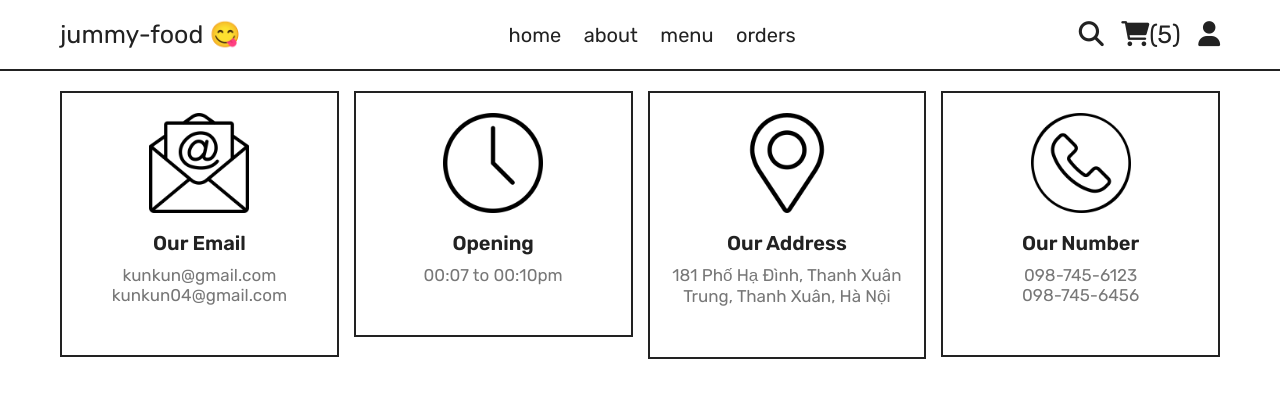
Repository: VuongLinhDinh/jummy_food
Page: home.html
These files come from the project's save history. The page is drawn as it stood at one moment and after the next save; the edit follows.
The browser window is 1280 px wide. The pictures show the whole page.
Some web libraries are served in a nearby version.

Above is the page before, as saved 2023-11-07 16:00:28.

### home.html
<!DOCTYPE html>
<html lang="en">
<head>
    <meta charset="UTF-8">
    <meta name="viewport" content="width=device-width, initial-scale=1.0">
    <title>Home</title>
    <!-- font awesome cdn link -->
    <link rel="stylesheet" href="https://cdnjs.cloudflare.com/ajax/libs/font-awesome/6.1.1/css/all.min.css">
    <!-- custom css -->
    <link rel="stylesheet" href="./css/style.css">
</head>
<body>
    <!-- header section starts  -->
    <header class="header">
        <section class="flex">
            <a href="home.html" class="logo">jummy-food 😋</a>
            <nav class="navbar">
                <a href="home.html">home</a>
                <a href="about.html">about</a>
                <a href="menu.html">menu</a>
                <a href="orders.html">orders</a>
            </nav>
            <div class="icons">
                <a href="search.html"><i class="fas fa-search"></i></a>
                <a href="cart.html"><i class="fas fa-shopping-cart"></i><span>(5)</span></a>
                <div id="user-btn" class="fas fa-user"></div>
                <div id="menu-btn" class="fas fa-bars"></div>
            </div>
            <div class="profile">
                <p class="name">Kun Aquero</p>
                <div class="flex">
                    <a href="profile.html" class="btn">profile</a>
                    <a href="#" class="delete-btn">logout</a>
                </div>
                <p class="account"><a href="login.html">login</a> or <a href="login.html">register</a></p>
            </div>
        </section>
    </header>
    <!-- header section end  -->
    <!-- footer section starts  -->
    <footer class="footer">
        <section class="grid">
            <div class="box">
                <img src="images/email-icon.png" alt="">
                <h3>our email</h3>
                <a href="mailto:kunkun@gmail.com">kunkun@gmail.com</a>
                <a href="mailto:kun04@gmail.com">kunkun04@gmail.com</a>
            </div>

            <div class="box">
                <img src="images/clock-icon.png" alt="">
                <h3>opening</h3>
                <p>00:07 to 00:10pm</p>
            </div>

            <div class="box">
                <img src="images/map-icon.png" alt="">
                <h3>our address</h3>
                <a href="#">181 Phố Hạ Đình, Thanh Xuân Trung, Thanh Xuân, Hà Nội</a>
            </div>

            <div class="box">
                <img src="images/phone-icon.png" alt="">
                <h3>our number</h3>
                <a href="tel:0987456123">098-745-6123</a>
                <a href="tel:0987456456">098-745-6456</a>
            </div>
        </section>
    </footer>
    <!-- footer section end  -->
    <!-- custom js file -->
    <script src="./js/script.js"></script>
</body>
</html>

### css/style.css
@import url('https://fonts.googleapis.com/css2?family=Nunito:wght@200;300;400;600;700&family=Rubik:wght@300;400;500;600&display=swap');
:root {
    --yellow: #fed330;
    --red: #e74c3c;
    --white: #fff;
    --black: #222;
    --light-color: #777;
    --border: .2rem solid var(--black);
}
*{
    font-family: 'Rubik', sans-serif;
    margin: 0; padding: 0;
    box-sizing: border-box;
    outline: none; border: none;
    text-decoration: none;
}
*::selection {
    background-color: var(--yellow);
    color: var(--white);
}
::-webkit-scrollbar {
    height: 0.5rem;
    width: 1rem;
}
::-webkit-scrollbar-track {
    background-color: transparent;
}
::-webkit-scrollbar-thumb {
    background-color: var(--yellow);
}
html {
    font-size:  62.5%;
    overflow-x: hidden;
    scroll-behavior: smooth;
    stop-opacity: 7rem;
}
section {
    margin: 0 auto;
    max-width: 1200px;
    padding: 2rem;
}
.btn, .delete-btn {
    margin-top: 1rem;
    display: inline-block;
    font-size: 2rem;
    padding: 1rem 3rem;
    opacity: .6;
    cursor: pointer;
}
.btn:hover, .delete-btn:hover {
    /* letter-spacing: .2rem; */
    transition:  .2s linear;
    opacity: 1;
}
.btn {
    background-color: var(--yellow);
    color: var(--black);
}
.delete-btn {
    background-color: var(--red);
    color: var(--white);
}
.header {
    position: sticky;
    top: 0; left: 0; right: 0;
    z-index: 1000;
    background-color: var(--white);
    border-bottom: var(--border);
}
.header .flex {
    display: flex;
    align-items: center;
    justify-content: space-between;
    position: relative;
}
.header .flex .logo {
    font-size: 2.5rem;
    color: var(--black);
}
.header .flex .navbar a {
    font-size: 2rem;
    color: var(--black);
    margin: 0 1rem;

}
.header .flex .navbar a:hover {
    color: var(--yellow);
    text-decoration: underline;
}
.header .flex .icons > * {
    margin-left: 1.5rem;
    font-size: 2.5rem;
    color: var(--black);
    cursor: pointer;
}
.header .flex .icons > *:hover {
    color: var(--yellow);
}
#menu-btn {
    display: none;
}
.header .flex .profile {
    background-color: var(--white);
    border: var(--border);
    padding: 1.5rem;
    text-align: center;
    position: absolute;
    top: 125%; right: 2rem;
    width: 30rem;
    display: none;
    animation: fadeIn .2s linear;
}
.header .flex .profile.active {
    display: block;
}
@keyframes fadeIn {
    0% {
        transform: translateY(1rem);
    }
}
.header .flex .profile .name {
    font-size: 2rem;
    color: var(--black);
    margin-bottom: 1rem;
}
.header .flex .profile .account {
    margin-top: 1rem;
    font-size: 2rem;
    color: var(--light-color);
}
.header .flex .profile .account a {
    color: var(--black);
}
.header .flex .profile .account a:hover {
    color: var(--yellow);
    text-decoration: underline;
}












































.footer .grid {
    display: grid;
    grid-template-columns: repeat(auto-fit, minmax(27rem, 1fr));
    gap: 1.5rem;
    align-items: flex-start;
}
.footer .grid .box {
    border: var(--border);
    padding: 2rem;
    padding-bottom: 5rem;
    text-align: center;
}
.footer .grid .box img {
    height: 10rem;
    width: 100%;
    object-fit: contain;
    margin-bottom: .5rem;
}
.footer .grid .box h3 {
    margin: 1rem 0;
    font-size: 2rem;
    color: var(--black);
    text-transform: capitalize;
}
.footer .grid .box p,
.footer .grid .box a {
    display: block;
    font-size: 1.7rem;
    color: var(--light-color);
}

/* media query  */
@media (max-width: 991px) {
    html {
        font-size: 55%;
    }
}
@media (max-width: 768px) {
    #menu-btn {
        display: inline-block;
    }
    .header .flex .navbar {
        position: absolute;
        top: 99%; left: 0; right: 0;
        border-top: var(--border);
        border-bottom: var(--border);
        background-color: var(--white);
        transition:  .2s linear;
        clip-path: polygon(0 0, 100% 0, 100% 0, 0 0);
    }
    .header .flex .navbar a {
        display: block;
        margin: 2rem;
    }
    .header .flex .navbar.active {
        clip-path: polygon(0 0, 100% 0, 100% 100%, 0 100%);
    }
}
@media (max-width: 450px) {
    html {
        font-size: 50%;
    }
    .header .flex .logo {
        font-size: 2rem;

    }
}

### js/script.js
navbar = document.querySelector('.header .flex .navbar');
document.querySelector('#menu-btn').onclick = () => {
    navbar.classList.toggle('active');
    profile.classList.remove('active');
}
profile = document.querySelector('.header .flex .profile');
document.querySelector('#user-btn').onclick = () => {
    profile.classList.toggle('active');
    navbar.classList.remove('active');
}
window.onscroll = () => {
    navbar.classList.remove('active');
    profile.classList.remove('active');
}

After the next save:
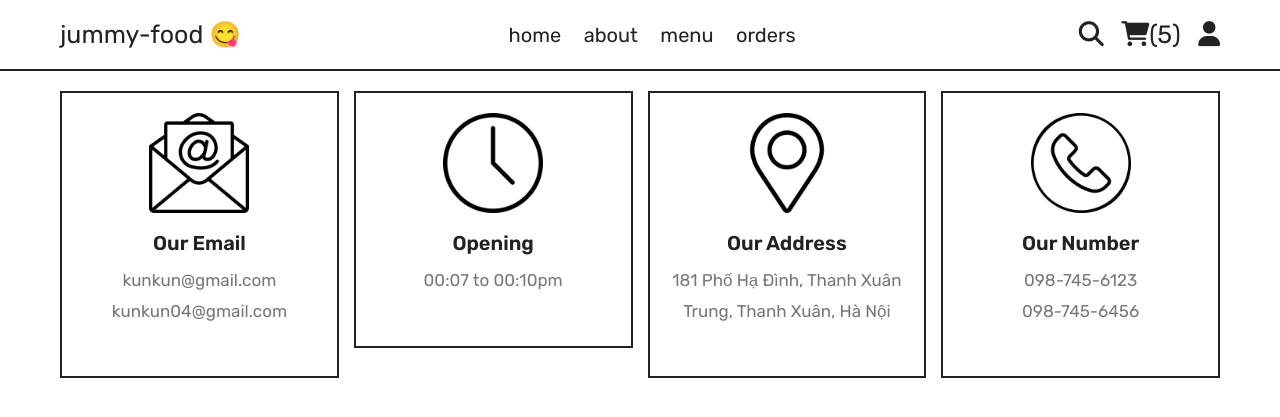
Saved 23 s later.
--- a/css/style.css
+++ b/css/style.css
@@ -208,6 +208,7 @@ section {
     display: block;
     font-size: 1.7rem;
     color: var(--light-color);
+    line-height: 1.8;
 }
 
 /* media query  */
